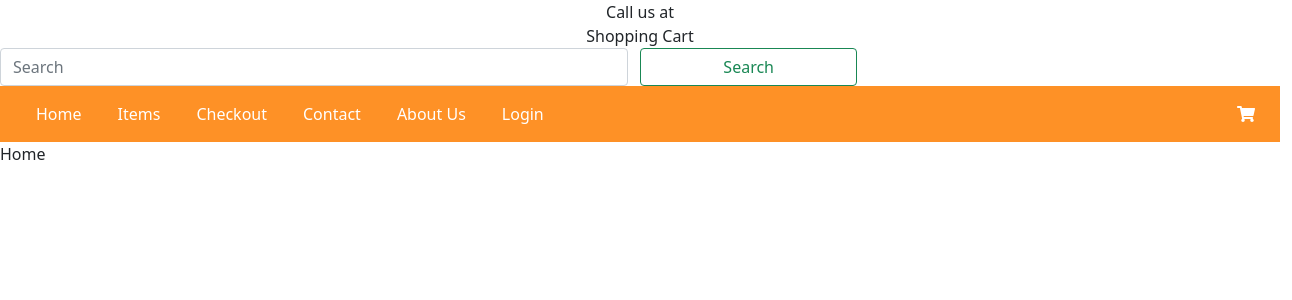
Repository: SaudCh/React-Ecommerce
Page: /
These files come from the project's save history. The page is drawn as it stood at one moment and after the next save; the edit follows.
The browser window is 1280 px wide. The page is 1292 px wide, so the pictures cover 1292 px, including what lies to the right of the window. The pictures show the whole page.
The project was rebuilt for these pictures with package versions that can differ from the ones it lists, and the page was loaded fresh each time. Also part of the build but not shown: src/App.css.

Above is the page before, as saved 2021-12-05 12:36:21.

After the next save:
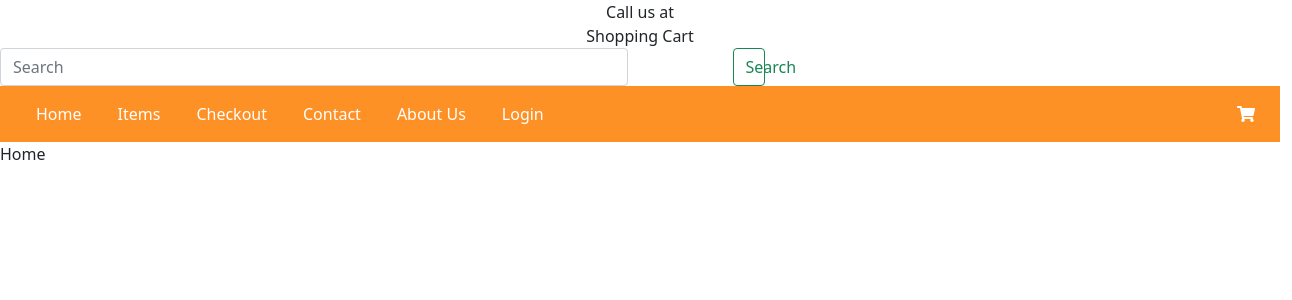
Saved 18 s later.
--- a/src/Header/Header.jsx
+++ b/src/Header/Header.jsx
@@ -25,12 +25,14 @@ export default function Header() {
                   aria-label="Search"
                 />
               </div>
-              <button
-                class="btn col-2 btn-outline-success my-2 my-sm-0"
-                type="submit"
-              >
-                Search
-              </button>
+              <div className="col-2">
+                <button
+                  class="btn col-2 btn-outline-success my-2 my-sm-0"
+                  type="submit"
+                >
+                  Search
+                </button>
+              </div>
             </form>
           </div>
         </div>
